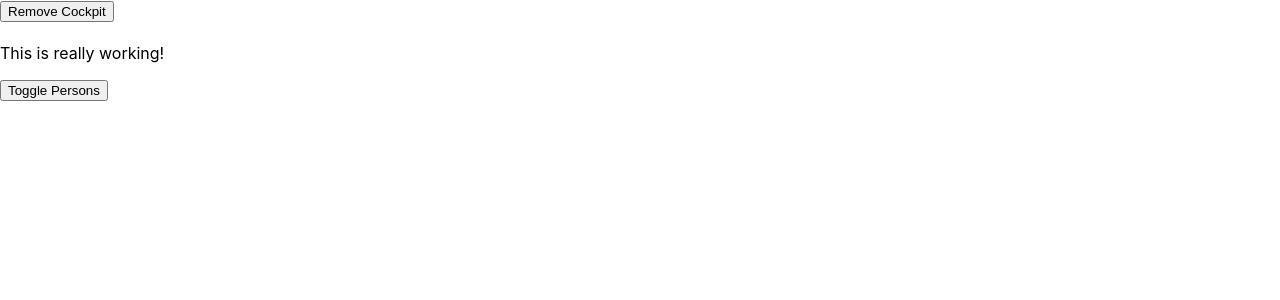
Repository: legil/first-react-app
Page: /
These files come from the project's save history. The page is drawn as it stood at one moment and after the next save; the edit follows.
The browser window is 1280 px wide. The pictures show the whole page.
The project was rebuilt for these pictures with package versions that can differ from the ones it lists, and the page was loaded fresh each time. Also part of the build but not shown: src/containers/App.css, src/components/Persons/Person/Person.css, src/components/Persons/Person/Person.js, src/components/Persons/Persons.js, src/components/Cockpit/Cockpit.css.

Above is the page before, as saved 2019-04-10 19:03:21.

### src/index.js
import React from 'react';
import ReactDOM from 'react-dom';
import './index.css';
import App from './containers/App';
import * as serviceWorker from './serviceWorker';

ReactDOM.render(<App appTitle = "Person Manager"/>, document.getElementById('root'));

// If you want your app to work offline and load faster, you can change
// unregister() to register() below. Note this comes with some pitfalls.
// Learn more about service workers: https://bit.ly/CRA-PWA
serviceWorker.unregister();

### src/containers/App.js
import React, { Component } from 'react';

import classes from './App.css';
import Persons from '../components/Persons/Persons';
import Cockpit from '../components/Cockpit/Cockpit';
import withClass from '../hoc/withClass';
import Aux from '../hoc/Auxiliary';

class App extends Component {
  constructor(props){
    super(props);
    console.log('[App.js] constructor');
  }

  state = {
    persons: [
      { id: '1', name: 'Max', age: 26 },
      { id: '2', name: 'Steph', age: 28 },
      { id: '3', name : 'Jay', age: 23 }
    ],
    otherState: 'some other value',
    showPersons: false,
    showCockpit: true
  }

  static getDerivedStateFromProps(props, state){
    console.log('[App.js] getDerivedStateFromProps', props)
    return state;
  }

  componentDidMount(){
    console.log('[App.js] componentDidMount');
  }

  shouldComponentUpdate(nextProps, nextState){
    console.log('[App.js] shouldComponentUpdate');
    return true; //default
  }

  componentDidUpdate(){
    console.log('[App.js] componentDidUpdate');
  }


  //binding and two way binding example - on type
  nameChangedHandler = (event, id) => {
    const personIndex = this.state.persons.findIndex(p => {
      return p.id === id;
    })

    const person = {...this.state.persons[personIndex]};
    //const person = Object.assign({}, this.state.persons[personIndex]);

    person.name = event.target.value;

    const persons = [...this.state.persons];
    persons[personIndex] = person;

    this.setState({
      persons: persons
    });
  }

  deletePersonHandler = (personIndex) => {
    //const persons = this.state.persons.slice(); //makes copy of original array instead of referencing
    const persons = [...this.state.persons];
    persons.splice(personIndex, 1);
    this.setState({persons: persons});

  }

 togglePersonsHandler = () => {
      const doesShow = this.state.showPersons;
      this.setState({showPersons : !doesShow})
    }

  render() {
    console.log('[App.js] render');
    let persons = null;

    if(this.state.showPersons){
      persons = ( <Persons
            persons = {this.state.persons}
            clicked={this.deletePersonHandler}
            changed = {this.nameChangedHandler}
          />

      );


    }

    return (
      <Aux>
        <button onClick = {() => {this.setState({showCockpit: false})}}>
          Remove Cockpit
        </button>
        {this.state.showCockpit ? (
        <Cockpit title = {this.props.appTitle}
                showPersons={this.state.showPersons}
                 personsLength = {this.state.persons.length}
                 clicked = {this.togglePersonsHandler} />
          ) : null}
          {persons}
      </Aux>
    );
    //^ bind is better to avoid too much re rendering
   // return React.createElement('div', {className: 'App'}, React.createElement('h1', null, 'Does this work now?'));
  }
}

export default withClass(App, classes.App);

### src/components/Cockpit/Cockpit.js
import React, {useEffect} from 'react';
import classes from './Cockpit.css';

const cockpit = ( props ) => {
    useEffect(() => {
      console.log('[Cockpit.js] useEffect');
      // HttpRequest like componentDidUpdate
      setTimeout(() => {
        alert('Saved data');
      }, 1000);
      return () => {
        console.log('[Cockpit.js] cleanup work in useEffect()]');
      }
    }, []);

    useEffect(() => {
      console.log('[Cockpit.js] 2nd useEffect');
      return () => {
        console.log('[Cockpit.js] cleanup work in 2nd useEffect()]');
      }
    })

    const assignedClasses = [];
    let btnClass= '';
    if (props.showPersons){
     btnClass = classes.Red;
    }



    if(props.personsLength <= 2){
      assignedClasses.push(classes.red); //classes = ['red']
    }
    if(props.personsLength <= 1){
      assignedClasses.push(classes.bold); //classes = ['red', 'bold']
    }

    return (
        <div className={classes.Cockpit}>
            <h1> {props.title} </h1>
            <p className = {assignedClasses.join(' ')}> This is really working!</p>
            <button className = {btnClass}
                    onClick = {props.clicked}>Toggle Persons</button>
        </div>
    );
}

export default React.memo(cockpit);

### src/hoc/withClass.js
import React from 'react';

const withClass = (WrappedComponent, className) => {
    return props => (
        <div className = {className}>
            <WrappedComponent/>

        </div>
    )
}










/* <div className = {props.classes}>
        {props.children}
    </div> */


export default withClass;

Loaded but not shown: public/index.html (common file); src/index.css (common file); src/serviceWorker.js (common file); src/hoc/Auxiliary.js (common file)

After the next save:
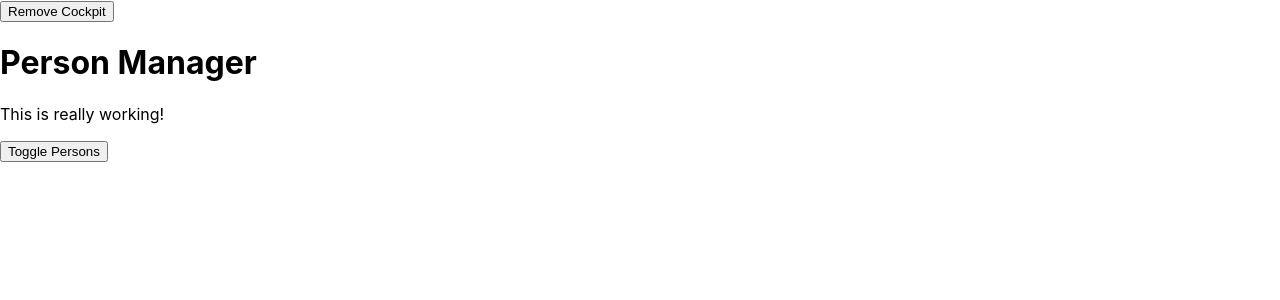
Saved 14 min 46 s later.
--- a/src/hoc/withClass.js
+++ b/src/hoc/withClass.js
@@ -3,7 +3,7 @@ import React from 'react';
 const withClass = (WrappedComponent, className) => {
     return props => (
         <div className = {className}>
-            <WrappedComponent/>
+            <WrappedComponent {...props}/>
 
         </div>
     )
